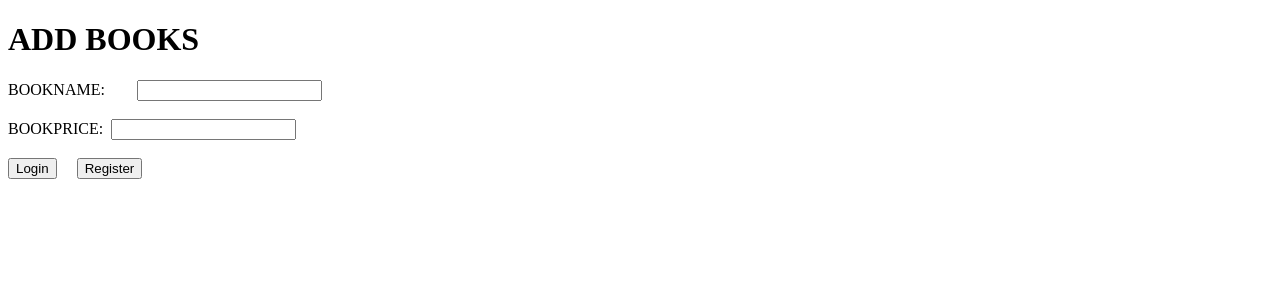
Repository: nikhilbad7/jsp-practicals
Page: classwork/WebContent/exp12addbooks.html
These files come from the project's save history. The page is drawn as it stood at one moment and after the next save; the edit follows.
The browser window is 1280 px wide. The pictures show the whole page.

Above is the page before, as saved 2018-04-11 07:56:32.

### classwork/WebContent/exp12addbooks.html
<!DOCTYPE html>
<html>
	<head>
		<title>ADD BOOKS</title>
		<script type="text/javascript">
			function register(){
				window.location("exp11.html");
			}
		</script>
	</head>
	<body>
	<h1>ADD BOOKS</h1>
		<form action="Exp12showbooks.jsp">
		BOOKNAME: &nbsp;&nbsp;&nbsp;&nbsp;&nbsp;&nbsp;&nbsp;<input type="text" name="name"  /><br/><br/>
		 BOOKPRICE: &nbsp;<input type="password" name="pass"  /><br/><br/>
			<input type="submit" value="Login" />  &nbsp;&nbsp;&nbsp;
			<input type="button" value="Register" onclick="register()"/>
		</form>
	</body>
</html>

After the next save:
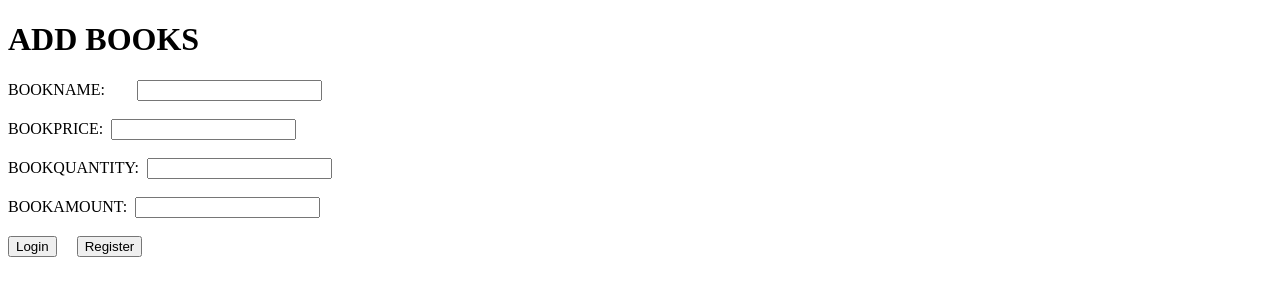
Saved 35 s later.
--- a/classwork/WebContent/exp12addbooks.html
+++ b/classwork/WebContent/exp12addbooks.html
@@ -13,6 +13,8 @@
 		<form action="Exp12showbooks.jsp">
 		BOOKNAME: &nbsp;&nbsp;&nbsp;&nbsp;&nbsp;&nbsp;&nbsp;<input type="text" name="name"  /><br/><br/>
 		 BOOKPRICE: &nbsp;<input type="password" name="pass"  /><br/><br/>
+		 		 BOOKQUANTITY: &nbsp;<input type="password" name="pass"  /><br/><br/>
+		 		 BOOKAMOUNT: &nbsp;<input type="password" name="pass"  /><br/><br/>
 			<input type="submit" value="Login" />  &nbsp;&nbsp;&nbsp;
 			<input type="button" value="Register" onclick="register()"/>
 		</form>
